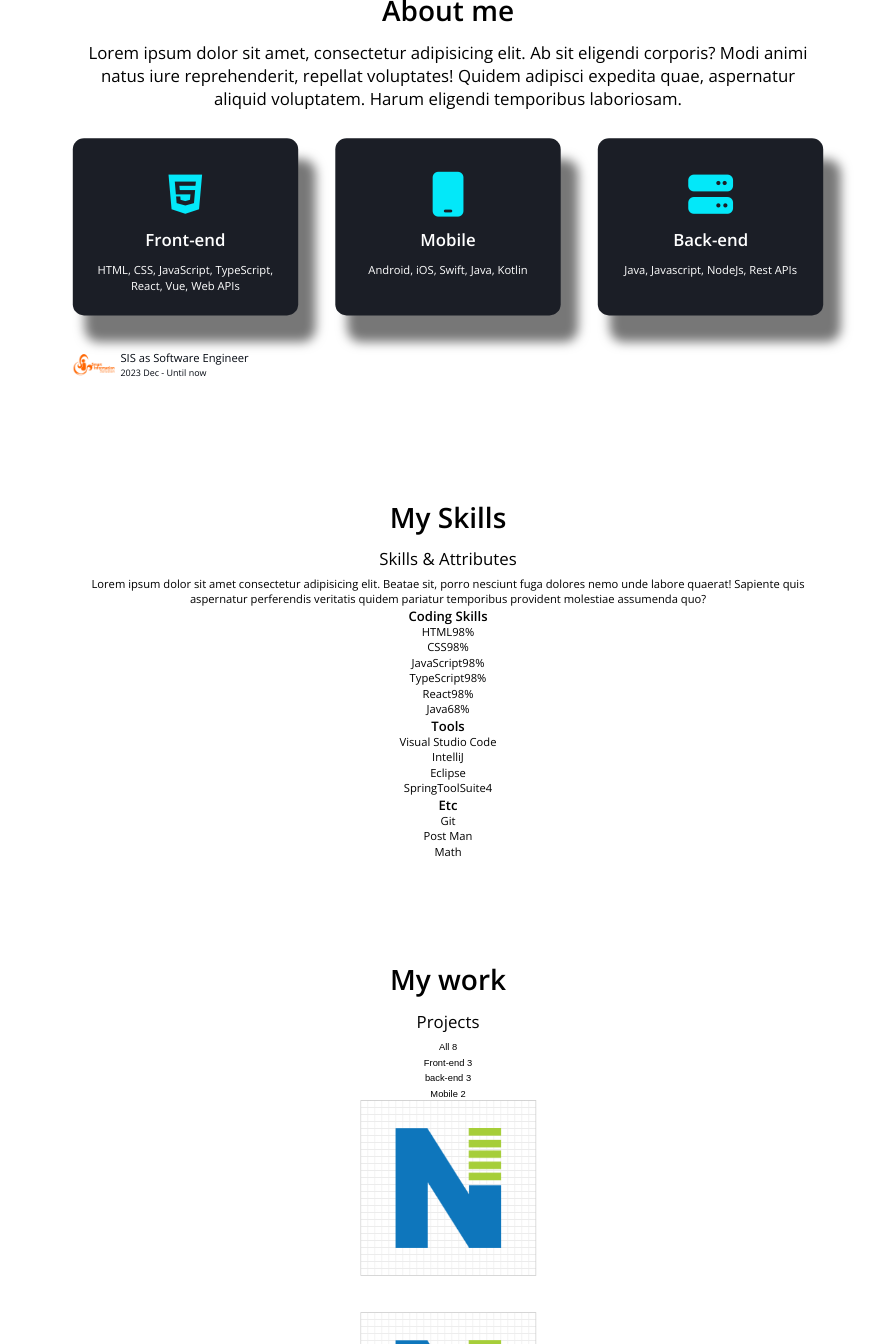
Repository: N1C0N1C0/Portfolio
Page: index.html
An editor plug-in stored every save of this project. The page is shown before and after the next save, followed by the edit.
The browser window is 1280 px wide. The pictures show the part of the page from y = 832 to 2752 px (the page is 6472 px tall), at 70% of full size.
Some web libraries are served in a nearby version.

Above is the page before, as saved 2023-12-16 23:07:07.

After the next save:
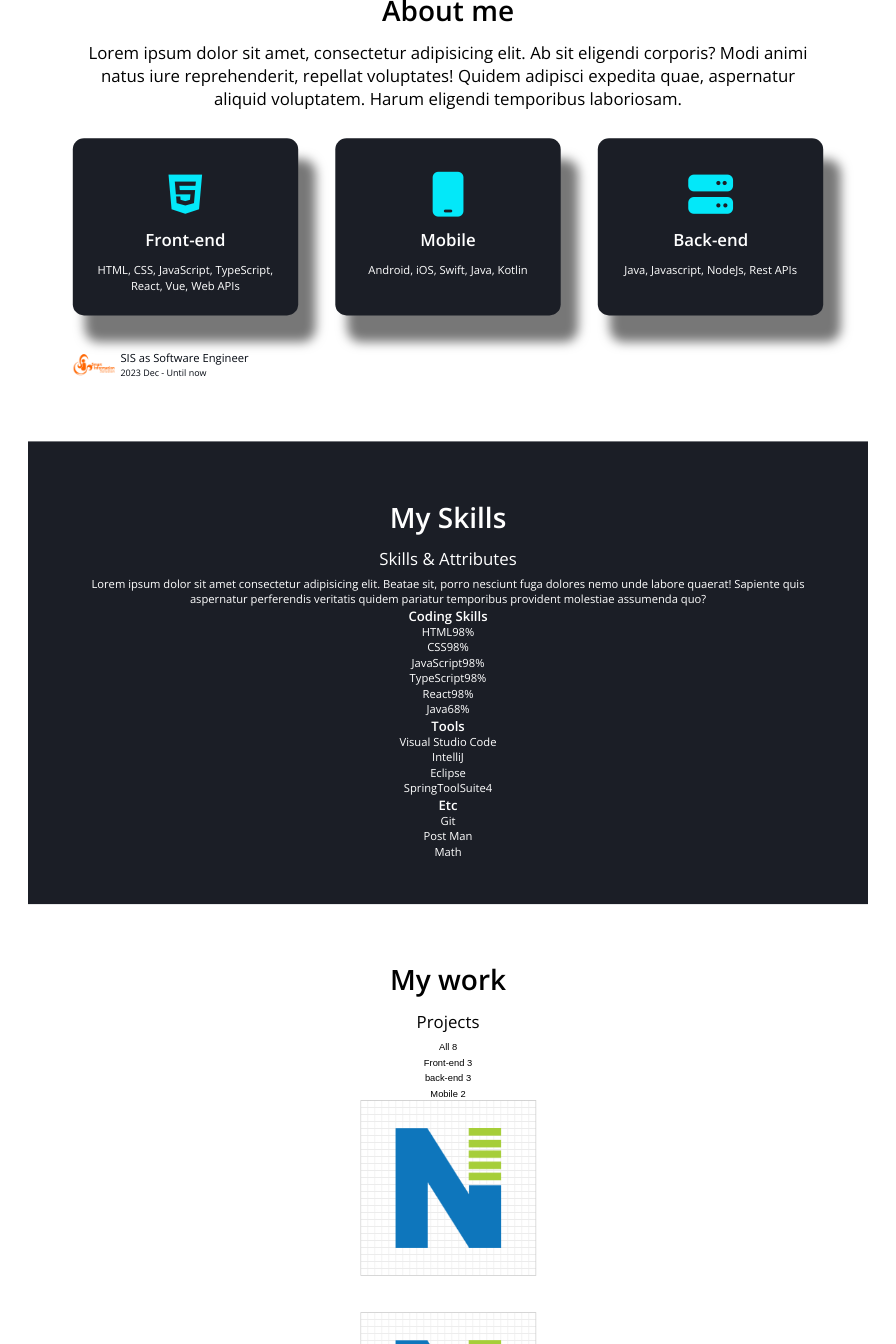
Saved 43 s later.
--- a/css/style.css
+++ b/css/style.css
@@ -224,3 +224,9 @@ button:focus {
     color: var(--color-primary);
     font-size: 0.8rem;
 }
+
+/* Skills */
+#skills {
+    background-color: var(--color-primary-variant);
+    color: var(--color-text);
+}
